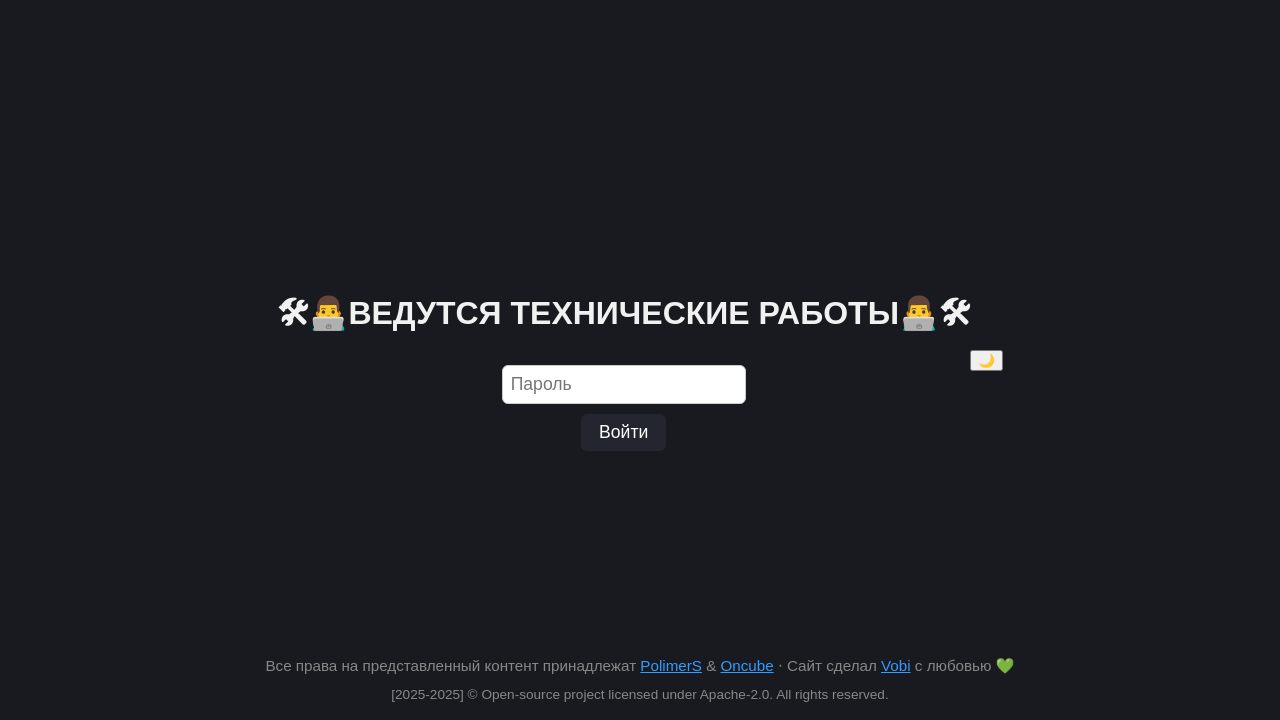
Repository: oncube-dev/OnCube-dev_website
Page: files_for_hosting/html_plus_js.version/index.html
An editor plug-in stored every save of this project. The page is shown before and after the next save, followed by the edit.
The browser window is 1280 px wide. The pictures show the whole page.

Above is the page before, as saved 2025-07-28 16:10:51.

After the next save:
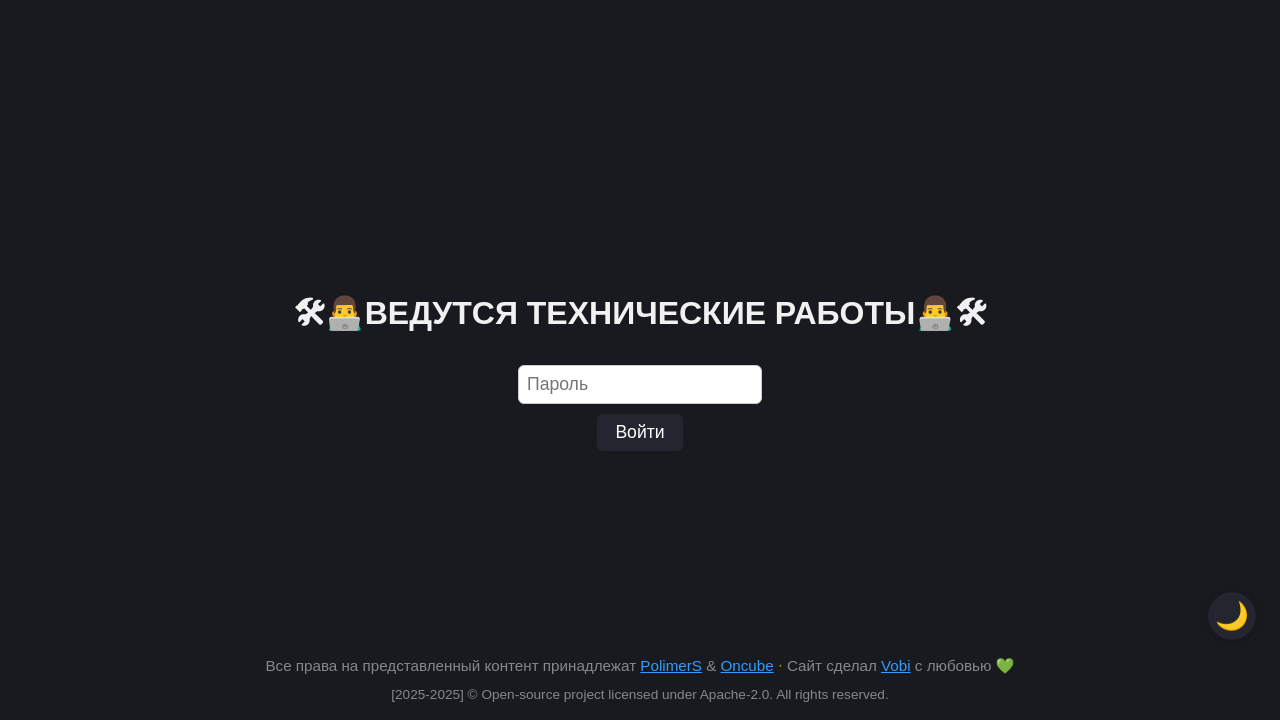
Saved 8 s later.
--- a/files_for_hosting/html_plus_js.version/style.css
+++ b/files_for_hosting/html_plus_js.version/style.css
@@ -1,3 +1,24 @@
+.theme-toggle-btn {
+    position: fixed;
+    right: 24px;
+    bottom: 80px;
+    z-index: 200;
+    background: #23262f;
+    color: #ffe066;
+    border: none;
+    border-radius: 50%;
+    width: 48px;
+    height: 48px;
+    font-size: 1.7rem;
+    cursor: pointer;
+    box-shadow: 0 2px 8px rgba(0,0,0,0.18);
+    transition: background 0.2s, color 0.2s;
+}
+.theme-toggle-btn:hover {
+    background: #ffe066;
+    color: #23262f;
+}
+
 body {
     background: #181a20;
     color: #f1f1f1;
@@ -63,3 +84,33 @@
     pointer-events: none;
     z-index: 100;
 }
+
+body.light-theme {
+    background: #f5f5f5;
+    color: #23262f;
+}
+.light-theme .timer-container {
+    background: #fff;
+    color: #23262f;
+    box-shadow: 0 4px 24px rgba(0,0,0,0.08);
+}
+.light-theme .timer-container h1 {
+    color: #23262f;
+}
+.light-theme #timer {
+    color: #111;
+}
+.light-theme .footer-note {
+    color: #888;
+}
+.light-theme .footer-note a {
+    color: #1976d2;
+}
+.light-theme .theme-toggle-btn {
+    background: #fff;
+    color: #23262f;
+}
+.light-theme .theme-toggle-btn:hover {
+    background: #23262f;
+    color: #ffe066;
+}
